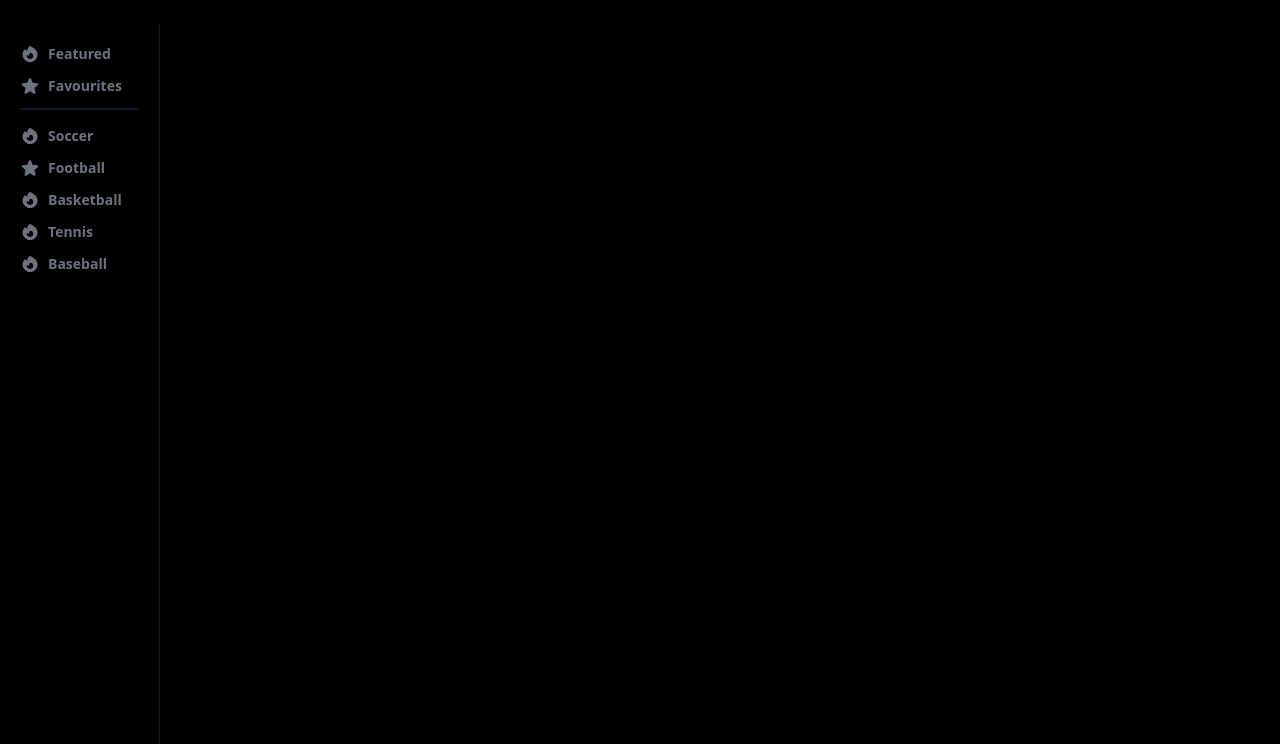
Repository: thekingisherenow/Betterbook
Page: /
These files come from the project's save history. The page is drawn as it stood at one moment and after the next save; the edit follows.
The browser window is 1280 px wide. The pictures show the whole page.
The project was rebuilt for these pictures with package versions that can differ from the ones it lists, and the page was loaded fresh each time. The framework's server and built-in components were replaced by stand-ins that run in the browser. Also part of the build but not shown: next.config.js.

Above is the page before, as saved 2023-01-16 21:09:54.

After the next save:
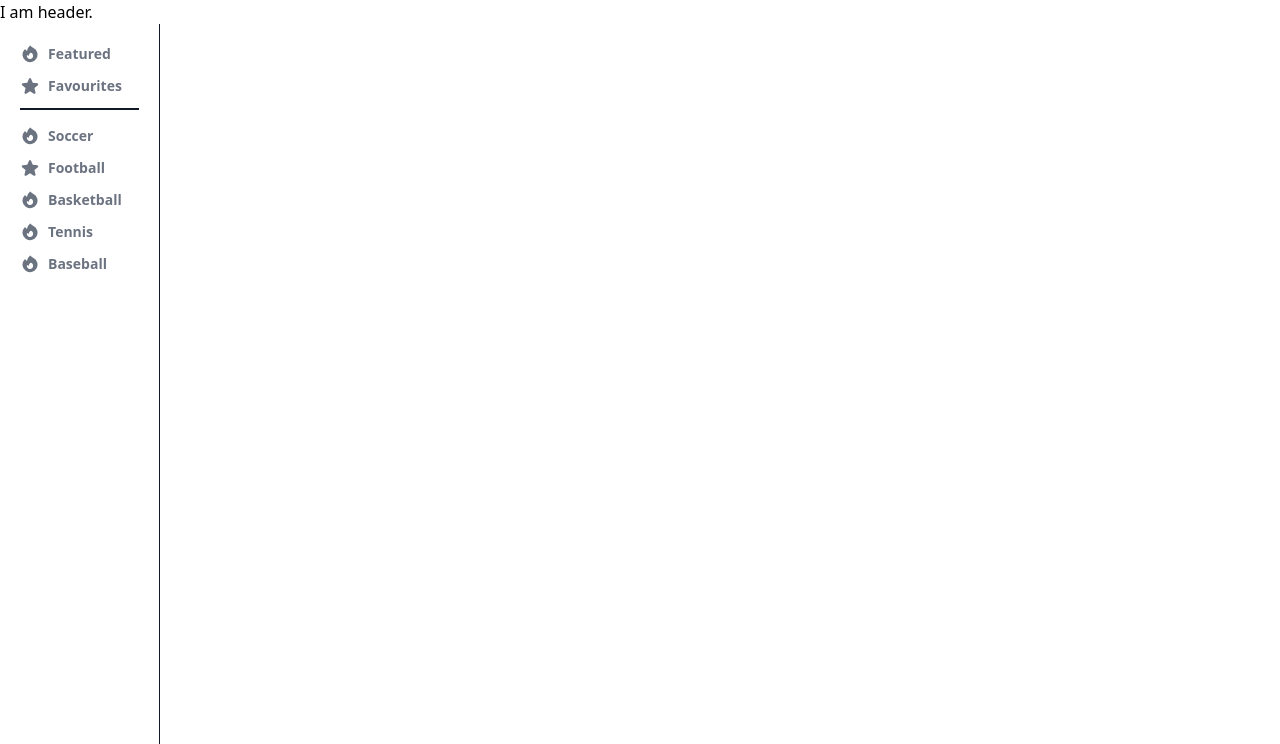
Saved 13 s later.
--- a/src/pages/index.tsx
+++ b/src/pages/index.tsx
@@ -13,7 +13,7 @@ const IndexPage: NextPage = () => {
   }, [])
 
   return <div>
-        <main className='bg-black'>
+        <main className=''>
 
           {/* Header  */}
           <Header />
